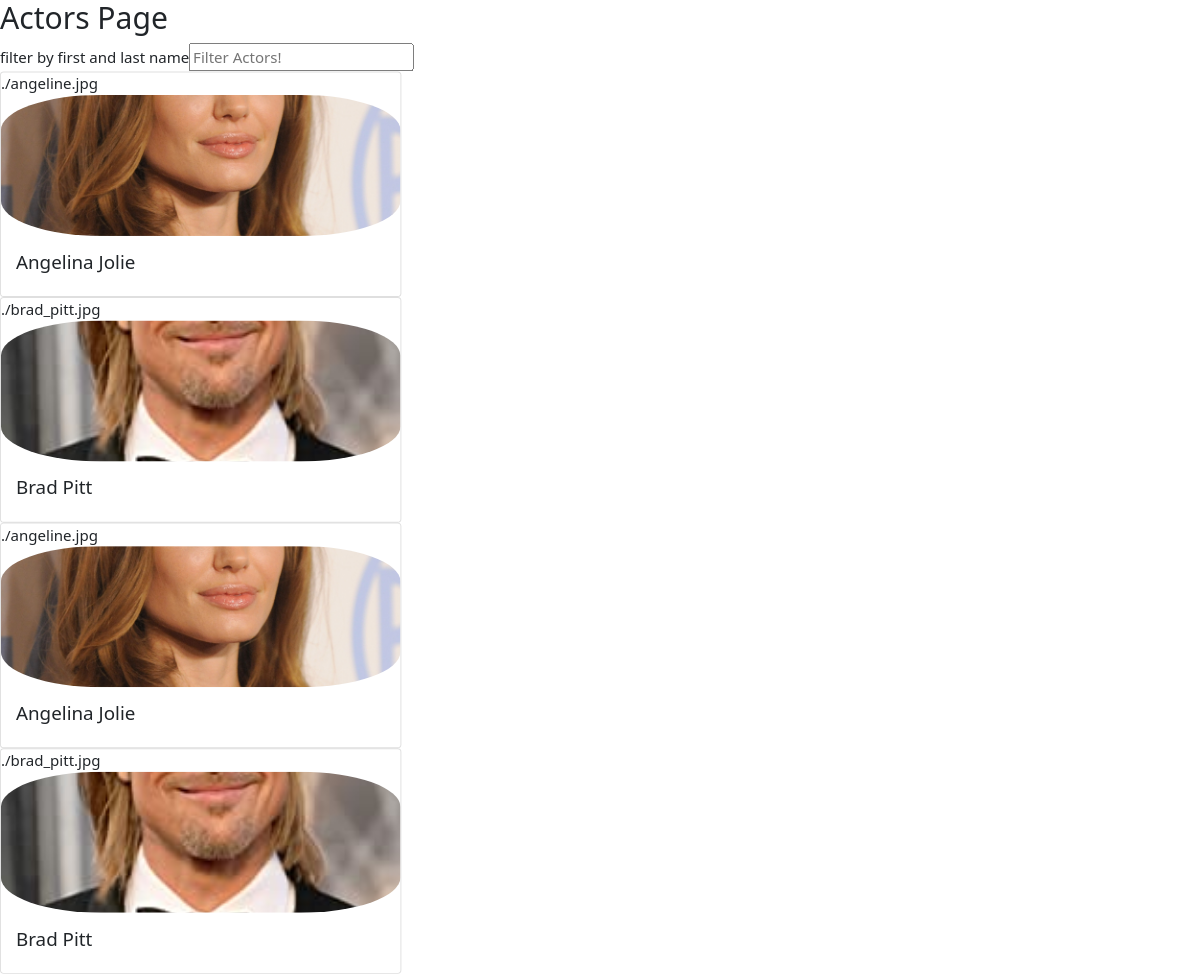
Repository: shuroo/FECourse-react-movieapp
Page: /
These files come from the project's save history. The page is drawn as it stood at one moment and after the next save; the edit follows.
The browser window is 1280 px wide. The pictures show the whole page, at 94% of full size.
The project was rebuilt for these pictures with package versions that can differ from the ones it lists, and the page was loaded fresh each time. Also part of the build but not shown: src/App.css.

Above is the page before, as saved 2021-07-24 07:26:13.

### src/App.js
import logo from './logo.svg';
import './App.css';
import React, { useState } from 'react';
import Actor from './pages/Actor';
import 'bootstrap/dist/css/bootstrap.min.css';
import ActorsPage from './pages/ActorsPage';

//import CarModel from '../../model/CarModel';
//import CarsPage from './pages/CarsPage/CarsPage';

// function App() {
//   return (
//     <div className="App">
//       <header className="App-header">
//         <img src={logo} className="App-logo" alt="logo" />
//         <p>
//           Edit <code>src/App.js</code> and save to reload.
//         </p>
//         <a
//           className="App-link"
//           href="https://reactjs.org"
//           target="_blank"
//           rel="noopener noreferrer"
//         >
//           Learn React
//         </a>
//       </header>
//     </div>
//   );
// }

//const actor1 = { name: "bPitt", age: 50, imdbLink: "https://www.imdb.com/name/nm0000093/", imgSrc: "https://www.imdb.com/name/nm0000093/mediaviewer/rm864335360/" }

function App() {
    return <ActorsPage />
};

export default App;

### src/pages/ActorsPage.jsx
import React, { useState } from 'react';
import ActorModel from '../model/ActorModel';
//import angelinaImg from "pages/angeline.jpg";
import CardComponent from "../components/CardComponent";

function ActorsPage() {

    // var arr = [ new ActorModel("Angelina", "Jolie", new Date("04/06/1975"), "../public/images/angeline", "https://www.imdb.com/name/nm0001401/"),
    // new ActorModel("Brad", "Pitt", new Date("04/06/1975"), "../public/images/brad_pitt", "https://www.imdb.com/name/nm0000093/"),
    // new ActorModel("Angelina", "Jolie", new Date("04/06/1975"), "../public/images/angeline", "https://www.imdb.com/name/nm0001401/"),
    // new ActorModel("Brad", "Pitt", new Date("04/06/1975"), "../public/images/brad_pitt", "https://www.imdb.com/name/nm0000093/"),
    // ]

    const [actors, setActors] = useState([ new ActorModel("Angelina", "Jolie", new Date("04/06/1975"), "./angeline.jpg", "https://www.imdb.com/name/nm0001401/"),
     new ActorModel("Brad", "Pitt", new Date("04/06/1975"), "./brad_pitt.jpg", "https://www.imdb.com/name/nm0000093/"),
     new ActorModel("Angelina", "Jolie", new Date("04/06/1975"), "./angeline.jpg", "https://www.imdb.com/name/nm0001401/"),
     new ActorModel("Brad", "Pitt", new Date("04/06/1975"), "./brad_pitt.jpg", "https://www.imdb.com/name/nm0000093/"),
     ])

    // firstName, lastName, birthday, image, imdbLink

    const [filterText, setfilterText] = useState("")
    const [sortCriteria, setSortCriteria] = useState("")

    function filterBy(e){
        const criteria = e.target.value;
    }

    function sortBy(e){
        const criteria = e.target.value;
    }
    let actorsHtml = actors.map(act=> <div><CardComponent actor={act}/></div>)

    return (
        <div>
            <h2>Actors Page</h2>
            <div><label>filter by first and last name</label>
            <input type="text" onClick={filterBy} placeholder="Filter Actors!"></input>
            <div className="gallery">{actorsHtml}</div>
            </div>

        </div>
    );
}

export default ActorsPage;

### src/model/ActorModel.jsx
class ActorModel{

    constructor(firstName, lastName, birthday, image, imdbLink){

        this.firstName = firstName;
        this.lastName = lastName;
        this.birthday = birthday;
        this.image = image;
        this.imdbLink = imdbLink;

    }

    age(){
        var thisyear = new Date().getFullYear();
        var birthyear = this.birthday.getFullYear();
        return (thisyear - birthyear);
    }
}

export default ActorModel;

### src/components/CardComponent.jsx
import React from "react";
import './CardComponent.css';

function CardComponent({actor}) {

	return (

<div className=" card col col-md-4 col-lg-4 col-sm-4" onClick={()=>(alert())}>
 {actor.image}
  <img className="actorImg card-img-top" src={actor.image} alt={actor.firstName+" "+actor.lastName}/>
  <div className="card-body">
    <h5 className="card-title">{actor.firstName} {actor.lastName}</h5>
    <p className="card-text">{actor.age}
  </p></div>
  </div>
	)
}

export default CardComponent;

### src/components/CardComponent.css
.actorImg {
    border-radius: 25%;
    object-fit: cover;
    height: 150px;
}

.col {
    display: flex;
    flex-direction: column;
    justify-content: space-around;
}

Loaded but not shown: public/index.html (common file); src/index.js (common file); src/index.css (common file); src/reportWebVitals.js (common file); src/pages/Actor.jsx (no stored copy; drawn as an empty file)

After the next save:
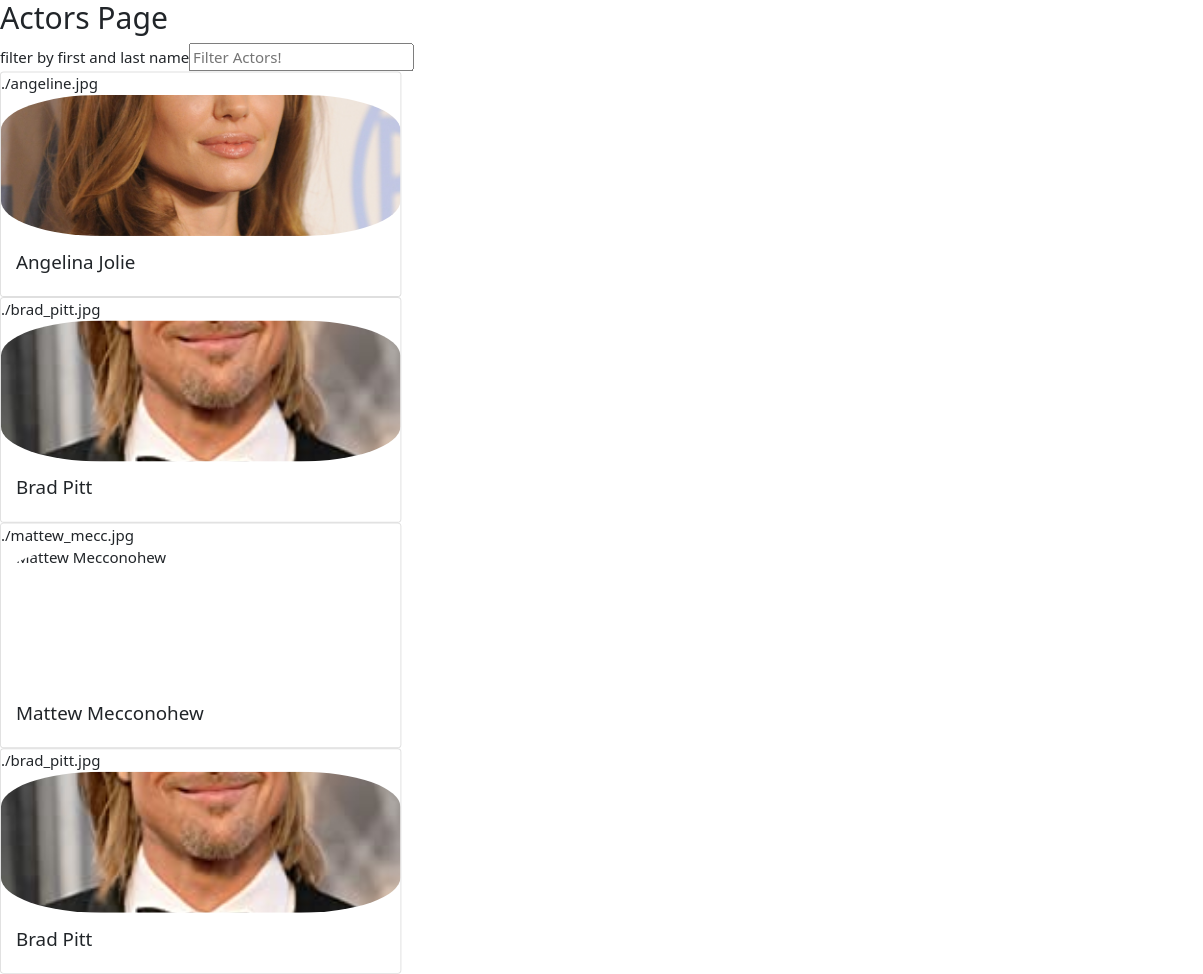
Not found: mattew_mecc.jpg
Saved 8 h 20 min later.
--- a/src/pages/ActorsPage.jsx
+++ b/src/pages/ActorsPage.jsx
@@ -13,7 +13,7 @@ function ActorsPage() {
 
     const [actors, setActors] = useState([ new ActorModel("Angelina", "Jolie", new Date("04/06/1975"), "./angeline.jpg", "https://www.imdb.com/name/nm0001401/"),
      new ActorModel("Brad", "Pitt", new Date("04/06/1975"), "./brad_pitt.jpg", "https://www.imdb.com/name/nm0000093/"),
-     new ActorModel("Angelina", "Jolie", new Date("04/06/1975"), "./angeline.jpg", "https://www.imdb.com/name/nm0001401/"),
+     new ActorModel("Mattew", "Mecconohew", new Date("04/06/1975"), "./mattew_mecc.jpg","https://www.imdb.com/name/nm0000190/"),
      new ActorModel("Brad", "Pitt", new Date("04/06/1975"), "./brad_pitt.jpg", "https://www.imdb.com/name/nm0000093/"),
      ])
 
